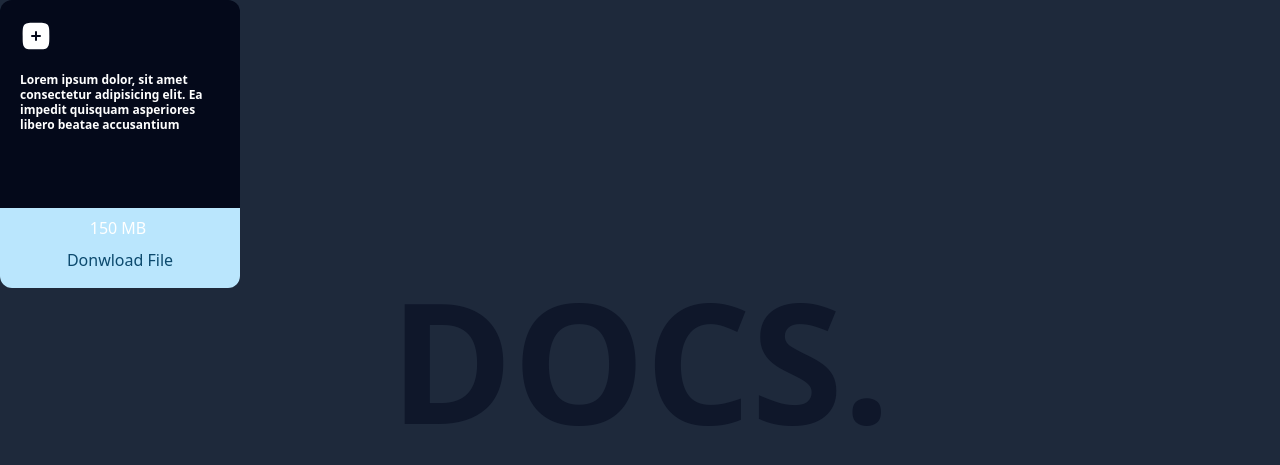
Repository: aliakbarmotallebi/framer-react
Page: /
These files come from the project's save history. The page is drawn as it stood at one moment and after the next save; the edit follows.
The browser window is 1280 px wide. The pictures show the whole page.
The project was rebuilt for these pictures with package versions that can differ from the ones it lists, and the page was loaded fresh each time.

Above is the page before, as saved 2024-08-14 18:42:06.

After the next save:
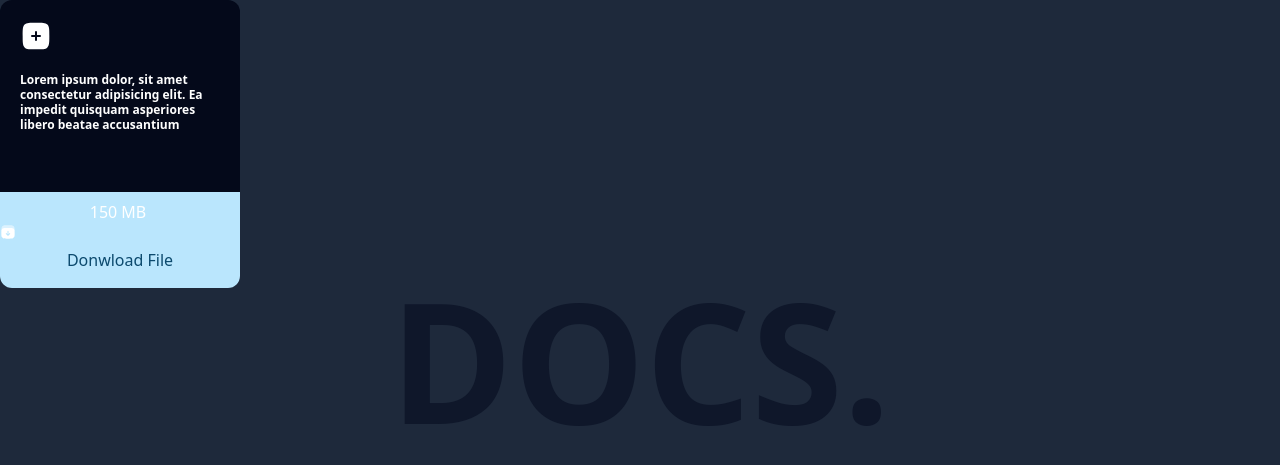
Saved 20 s later.
--- a/src/components/Card.jsx
+++ b/src/components/Card.jsx
@@ -16,6 +16,7 @@ class Card extends Component {
                                 MB
                             </span>
                         </p>
+                        <svg xmlns="http://www.w3.org/2000/svg" width="1em" height="1em" viewBox="0 0 24 24"><path fill="currentColor" d="M12 2c4.713 0 7.07 0 8.535 1.464c.757.758 1.123 1.754 1.3 3.192V10H2.164V6.656c.176-1.438.541-2.434 1.299-3.192C4.928 2 7.285 2 11.999 2" opacity="0.5"/><path fill="currentColor" fill-rule="evenodd" d="M2 14c0-2.8 0-4.2.545-5.27A5 5 0 0 1 4.73 6.545C5.8 6 7.2 6 10 6h4c2.8 0 4.2 0 5.27.545a5 5 0 0 1 2.185 2.185C22 9.8 22 11.2 22 14s0 4.2-.545 5.27a5 5 0 0 1-2.185 2.185C18.2 22 16.8 22 14 22h-4c-2.8 0-4.2 0-5.27-.545a5 5 0 0 1-2.185-2.185C2 18.2 2 16.8 2 14m10.75-3a.75.75 0 0 0-1.5 0v4.19l-1.22-1.22a.75.75 0 1 0-1.06 1.06l2.5 2.5a.75.75 0 0 0 1.06 0l2.5-2.5a.75.75 0 1 0-1.06-1.06l-1.22 1.22z" clip-rule="evenodd"/></svg>
                     </div>
                     <button className="text-sky-900 p-2 font-medium">
                         Donwload File
